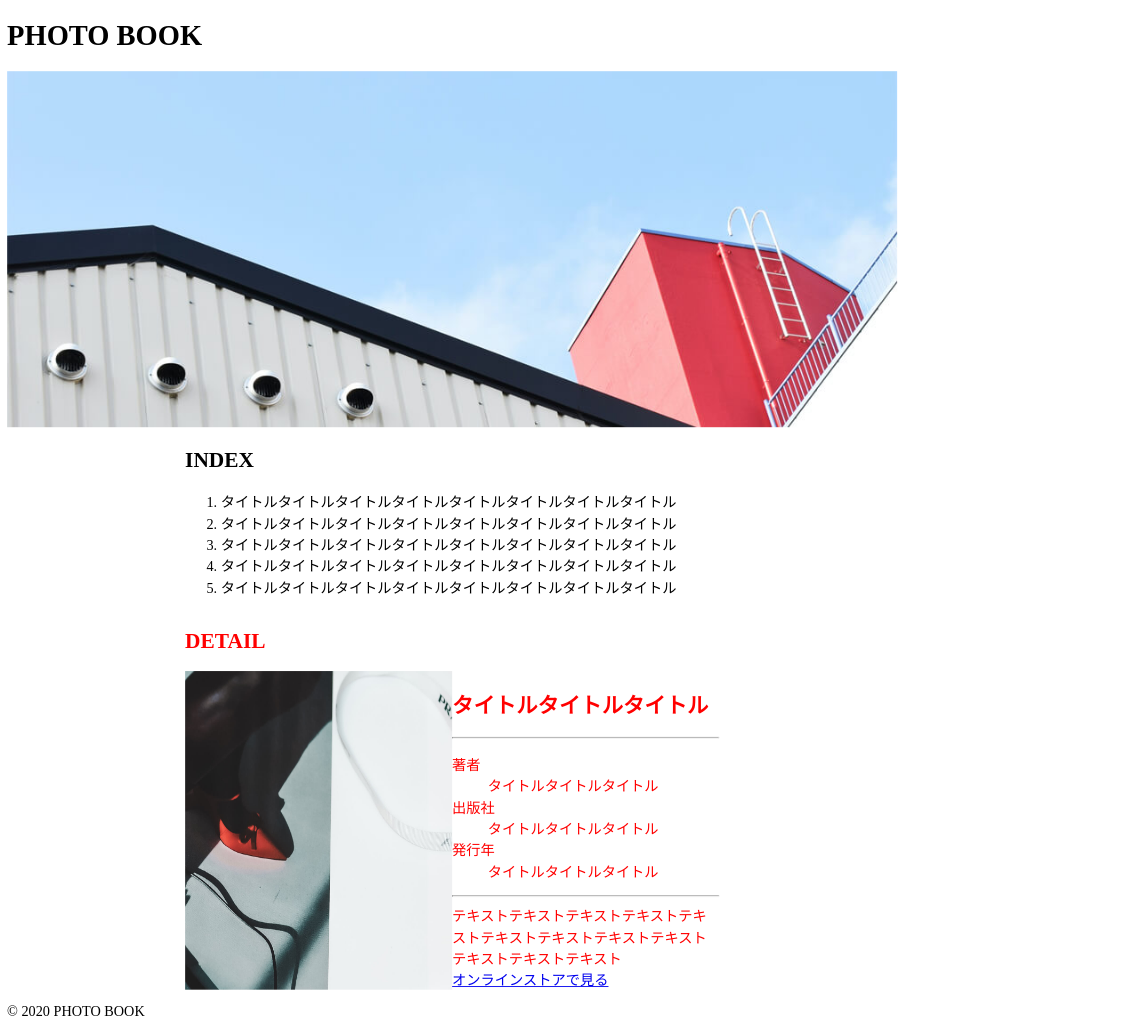
Repository: daytime/LP-study
Page: photo_book/index.html
An editor plug-in stored every save of this project. The page is shown before and after the next save, followed by the edit.
The browser window is 1280 px wide. The pictures show the whole page, at 89% of full size.

Above is the page before, as saved 2025-02-03 12:47:10.

### photo_book/index.html
<!DOCTYPE html>
<!-- https://code-jump.com/photo-menu/ -->
<html lang="ja">
  <head>
    <meta charset="UTF-8" />
    <meta name="viewport" content="width=device-width, initial-scale=1.0" />
    <style>
      @import url(./style.css);
    </style>
    <title>PHOTO BOOK</title>
  </head>
  <body>
    <header>
      <h1>PHOTO BOOK</h1>
    </header>
    <aside>
    <img src="img/mainvisual.jpg" alt="ロゴ" />
      <section id="index">
        <div>
          <h2>INDEX</h2>
          <!-- <ol number="1"> -->
          <ol>
            <li> タイトルタイトルタイトルタイトルタイトルタイトルタイトルタイトル</li>
            <li> タイトルタイトルタイトルタイトルタイトルタイトルタイトルタイトル</li>
            <li> タイトルタイトルタイトルタイトルタイトルタイトルタイトルタイトル</li>
            <li> タイトルタイトルタイトルタイトルタイトルタイトルタイトルタイトル</li>
            <li> タイトルタイトルタイトルタイトルタイトルタイトルタイトルタイトル</li>
          </ol>
        </div>
      </section>
      <section id="detail">
        <div>
          <h2>DETAIL</h2>
            <div class="fully">
              <img class="img" src="img/detail.jpg" alt="" />
              <div>
                <h2>タイトルタイトルタイトル</h2>
                <hr/>
                <dl>
                  <dt>著者</dt>
                  <dd>タイトルタイトルタイトル</dd>
                  <dt>出版社</dt>
                  <dd>タイトルタイトルタイトル</dd>
                  <dt>発行年</dt>
                  <dd>タイトルタイトルタイトル</dd>
                </dl>
                <hr/>
                <div class="main">
                  テキストテキストテキストテキストテキストテキストテキストテキストテキストテキストテキストテキスト
              </div>
              <div>
                <a href="https://www.google.com">オンラインストアで見る</a>
              </div>
            </div>
          </div>
      </section>
    </aside>
    <footer>
      <p>&copy 2020 PHOTO BOOK</p>
  </body>
</html>

### photo_book/style.css
.main {
  width: 300px;
}

#index {
  /* color: red; */
  margin-left: 200px;
  display: flex;
  flex-direction: column;
}

.img {
  width: 300px;
}

#detail {
  color: red;
  margin-left: 200px;
  display: flex;
  flex-direction: row;
}

.detail {
  display: flex;
  flex-direction: column;
}

.fully {
  display: flex;
  flex-direction: row;
}

After the next save:
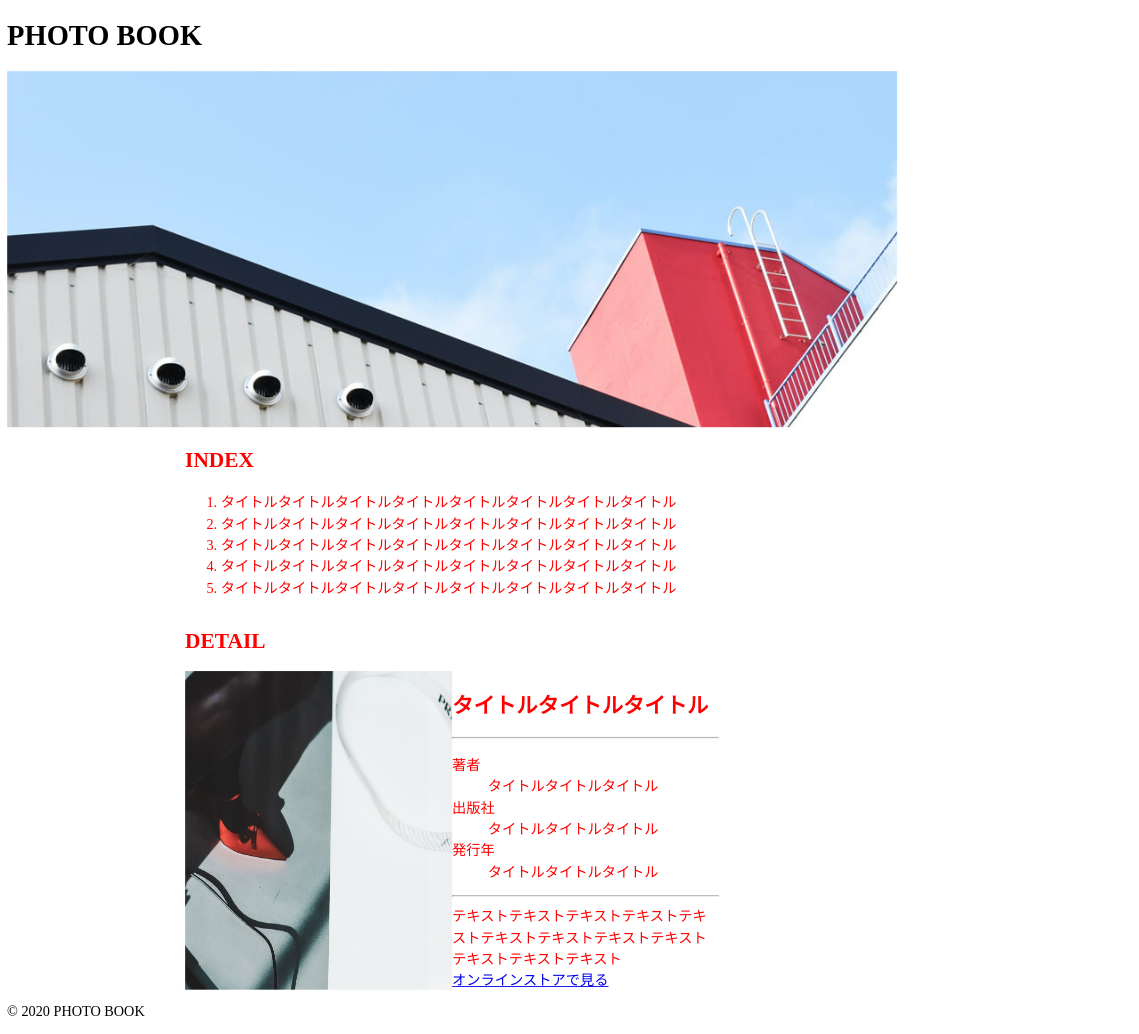
Saved 4 min 2 s later.
--- a/photo_book/index.html
+++ b/photo_book/index.html
@@ -36,7 +36,7 @@
               <div>
                 <h2>タイトルタイトルタイトル</h2>
                 <hr/>
-                <dl>
+                <dl class="">
                   <dt>著者</dt>
                   <dd>タイトルタイトルタイトル</dd>
                   <dt>出版社</dt>
--- a/photo_book/style.css
+++ b/photo_book/style.css
@@ -3,7 +3,7 @@
 }
 
 #index {
-  /* color: red; */
+  color: red;
   margin-left: 200px;
   display: flex;
   flex-direction: column;
@@ -29,3 +29,7 @@
   display: flex;
   flex-direction: row;
 }
+
+dl {
+  margin: 0 1 0 1;
+}
